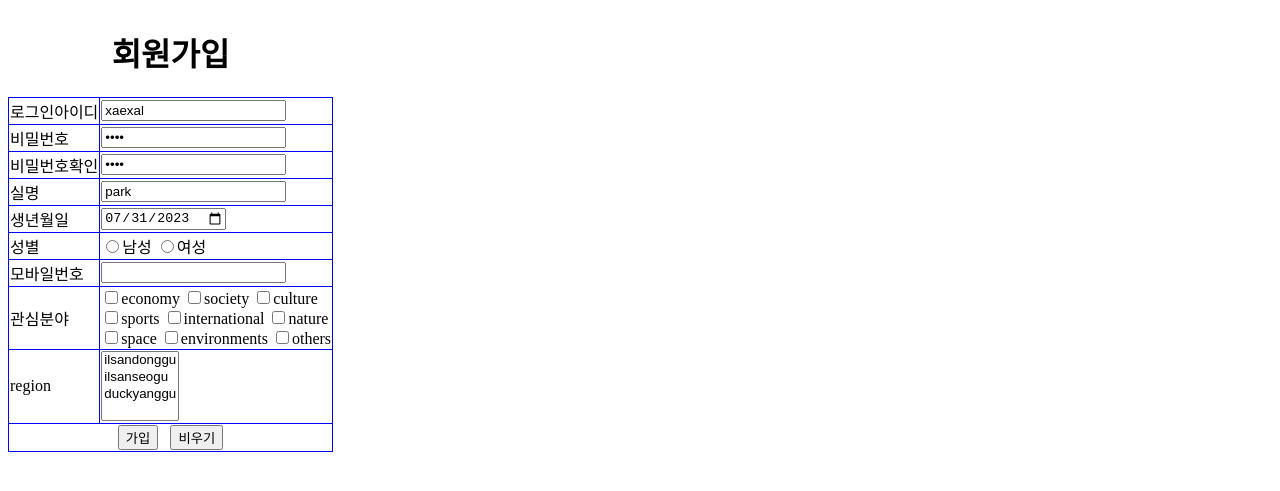
Repository: Sleepingco/HimediaJava
Page: http://localhost/HelloWorld/WEB-INF/views/member/signup.jsp
An editor plug-in stored every save of this project. The page is shown before and after the next save, followed by the edit.
The browser window is 1280 px wide. The pictures show the whole page.
The page is served by Tomcat 10. Nobody is signed in. The template is opened directly, without the code that normally fills it, so the values that code supplies are empty.

Above is the page before, as saved 2023-07-31 01:42:36.

After the next save:
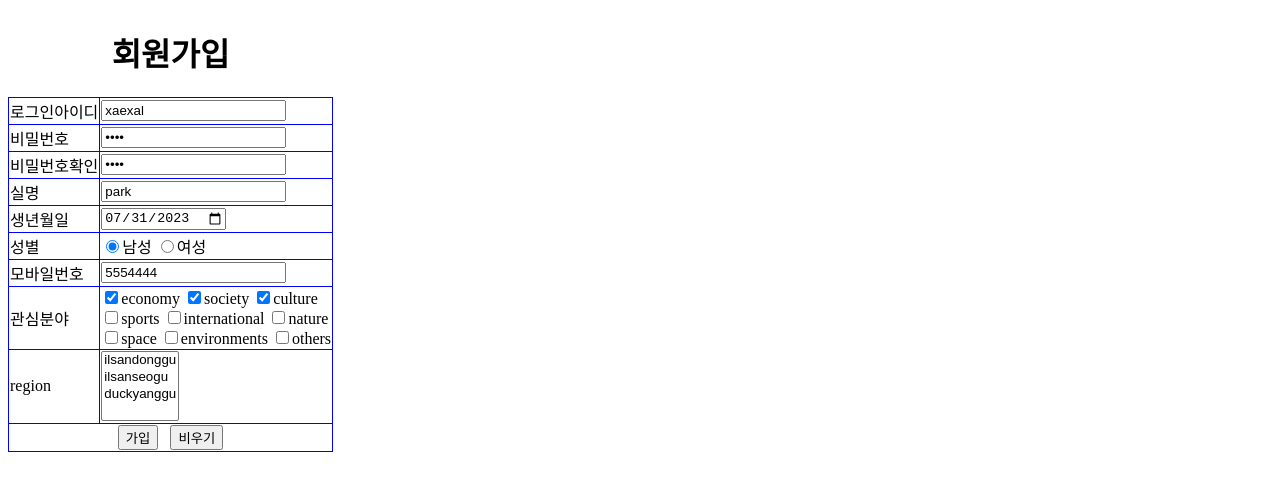
Saved 64 s later.
--- a/HelloWorld/src/main/webapp/WEB-INF/views/member/signup.jsp
+++ b/HelloWorld/src/main/webapp/WEB-INF/views/member/signup.jsp
@@ -24,13 +24,13 @@ td {
 <tr><td>비밀번호확인</td><td><input type=password id='passcode2'value="1234"></td></tr>
 <tr><td>실명</td><td><input type=text name=name id='name'value="park"></td></tr>
 <tr><td>생년월일</td><td><input type=date name=birthday id='birthday'value="2023-07-31"></td></tr>
-<tr><td>성별</td><td><input type=radio name=gender id='male' value=male	>남성
+<tr><td>성별</td><td><input type=radio name=gender id='male' value=male checked>남성
 					<input type=radio name=gender id='female' value=female>여성</td></tr>
-<tr><td>모바일번호</td><td><input type=text name=mobile id='mobile'></td></tr>
+<tr><td>모바일번호</td><td><input type=text name=mobile id='mobile'value="5554444"></td></tr>
 <tr><td>관심분야</td>
-	<td><input type=checkbox name=interest value='economy'>economy
-		<input type=checkbox name=interest value='society'>society
-		<input type=checkbox name=interest value='culture'>culture<br>
+	<td><input type=checkbox name=interest value='economy' checked>economy
+		<input type=checkbox name=interest value='society' checked>society
+		<input type=checkbox name=interest value='culture' checked>culture<br>
 		<input type=checkbox name=interest value='sports'>sports
 		<input type=checkbox name=interest value='international'>international
 		<input type=checkbox name=interest value='nature'>nature<br>
